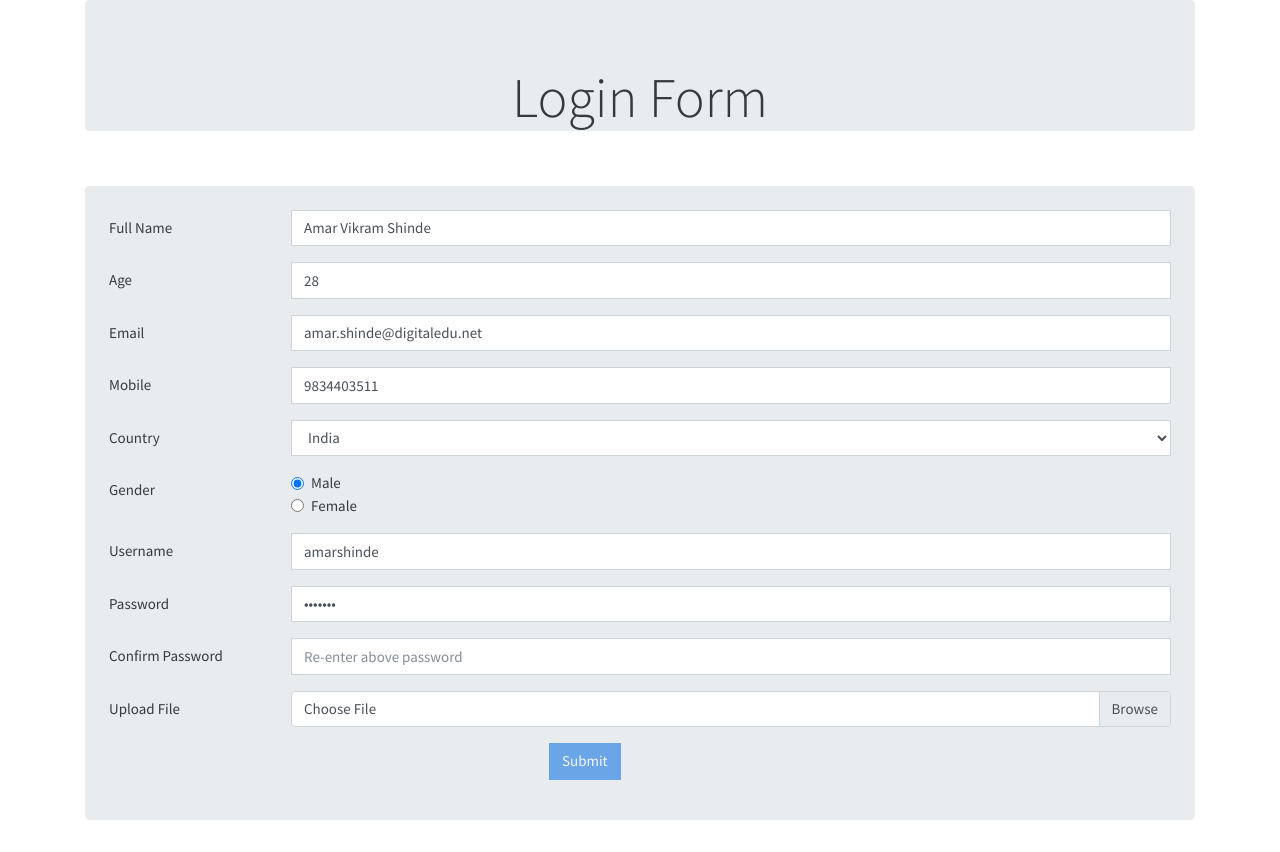
Repository: amar468S/Ng-templateDrivenForm
Page: /
These files come from the project's save history. The page is drawn as it stood at one moment and after the next save; the edit follows.
The browser window is 1280 px wide. The pictures show the whole page.
Some web libraries are served in a nearby version. The project was rebuilt for these pictures with package versions that can differ from the ones it lists, and the page was loaded fresh each time. Also part of the build but not shown: angular.json.

Above is the page before, as saved 2019-02-03 22:48:15.

After the next save:
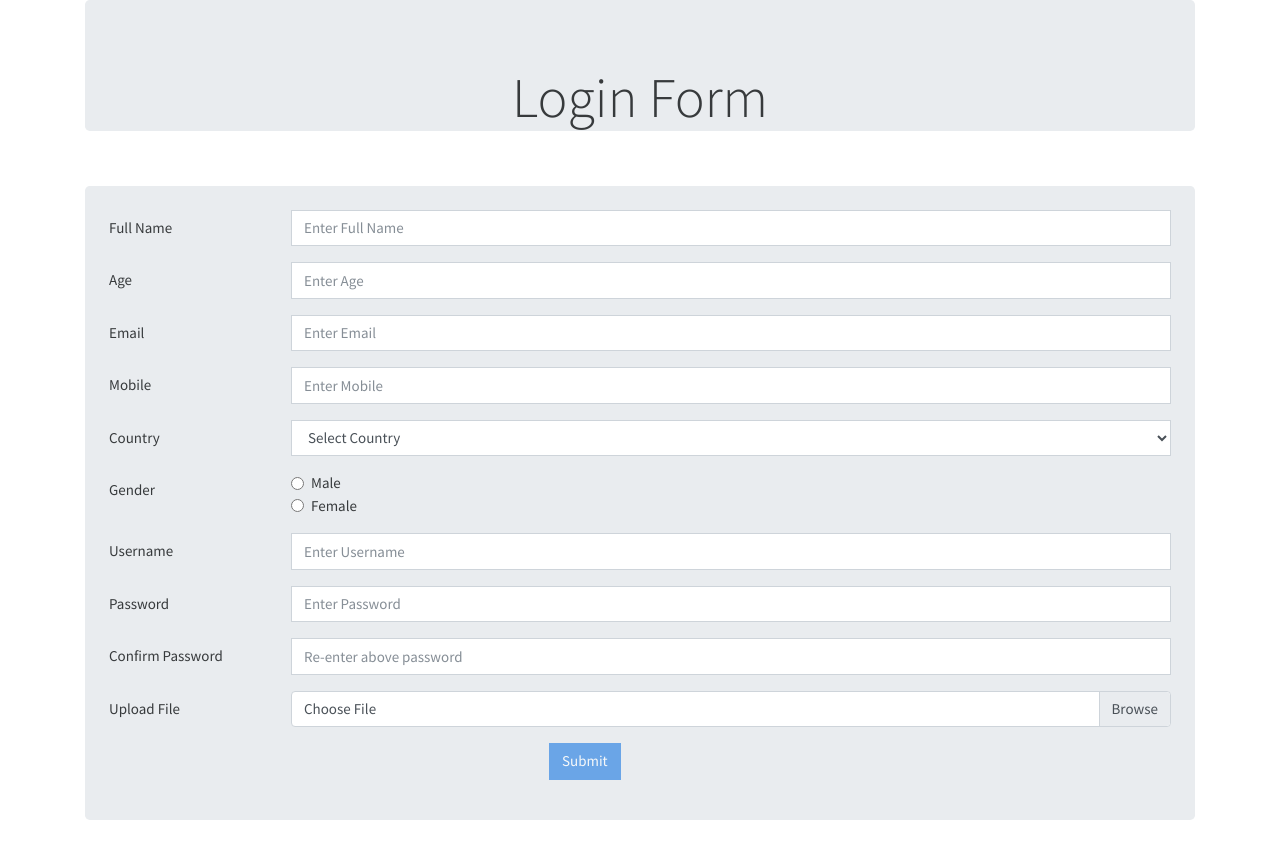
Saved 30 s later.
--- a/src/app/UserForm.ts
+++ b/src/app/UserForm.ts
@@ -10,13 +10,13 @@ export class UserForm {
 
 
     constructor(){
-        this.fullName = 'Amar Vikram Shinde';
-        this.age = '28';
-        this.country = 'India';
-        this.email = 'amar.shinde@digitaledu.net';
-        this.mobile = '9834403511';
-        this.username = 'amarshinde';
-        this.password = 'amar123';
-        this.gender = 'Male';
+        this.fullName = '';
+        this.age = '';
+        this.country = '';
+        this.email = '';
+        this.mobile = '';
+        this.username = '';
+        this.password = '';
+        this.gender = '';
     }
 }
